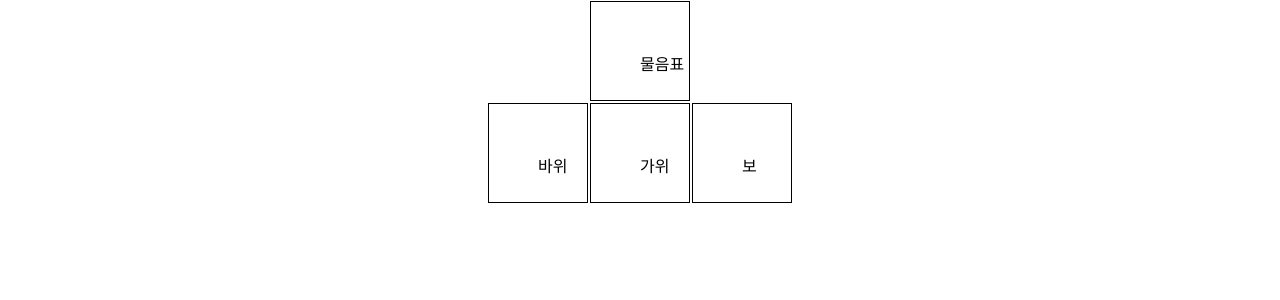
Repository: venandi48/RockScissorPaper-Game
Page: index.html
An editor plug-in stored every save of this project. The page is shown before and after the next save, followed by the edit.
The browser window is 1280 px wide. The pictures show the whole page.
The style sheet was rebuilt from its Sass, Less or Tailwind sources for each picture, by a compiler version that may differ from the author's.

Above is the page before, as saved 2023-11-13 15:54:58.

### index.html
<!DOCTYPE html>
<html lang="en">
  <head>
    <meta charset="UTF-8" />
    <meta name="viewport" content="width=device-width, initial-scale=1.0" />
    <title>가위바위보</title>
    <link rel="stylesheet" href="style.css" />
  </head>
  <body>
    <div class="playbox">
      <div class="machine">
        <div class="choice">
          <input type="hidden" name="machine-choice" />
        </div>
      </div>
      <div class="user">
        <div class="choice rock"></div>
        <div class="choice scissor"></div>
        <div class="choice paper"></div>
      </div>
      <div class="control">
        <input type="button" value="Replay" />
      </div>
    </div>

    <script src="./main.js"></script>
  </body>
</html>

### main.js
choices = {
  scissor: 0,
  rock: 1,
  paper: 2,
};

playboxes = document.querySelectorAll(".playbox");
userChocies = document.querySelectorAll(".user .choice");
controlBtns = document.querySelectorAll(".playbox .control");

playboxes.forEach((playbox) => {
  playbox
    .querySelector(".machine .choice")
    .querySelector("input[type=hidden]").value = Random(0, 2);
});

controlBtns.forEach((controlBtn) => {
  replayBtn = controlBtn.querySelector("input[type=button][value=Replay]");
  replayBtn?.addEventListener("click", (e) => {
    replay(controlBtn.parentElement.parentElement);
  });
});

window.addEventListener("load", function () {
  this.setInterval(() => {
    playboxes.forEach((playbox) => {
      let machineChoice = playbox.querySelector(".machine .choice");
      console.log(machineChoice);
      if (machineChoice.classList.contains("selected") === false) {
        //     if (element.classList.contains("rock")) {
        //       element.classList.remove("rock");
        //     }
        //     if (element.classList.contains("scissor")) {
        //       element.classList.remove("scissor");
        //     }
        //     if (element.classList.contains("paper")) {
        //       element.classList.remove("paper");
        //     }
        //     element.querySelector("input[type=hidden]").value =
        //       (element.querySelector("input[type=hidden]").value + 1) % 3;
        //     element.classList.add(
        //       convertChoicesFromNumToStr(
        //         +element.querySelector("input[type=hidden]").value
        //       )
        //     );
      }
    });
  }, 500);
});

userChocies.forEach((element) => {
  element.addEventListener("click", function (e) {
    const selectedElement = e.target;
    let choosed = null;

    if (selectedElement.parentElement.classList.contains("selected")) return;

    selectedElement.parentElement.classList.add("selected");

    // 제일 첫번째로 나온 값을 사용자의 선택으로 간주
    selectedElement.classList.forEach((className) => {
      if (className === "rock") {
        choosed = "rock";
        return;
      } else if (className === "scissor") {
        choosed = "scissor";
        return;
      } else if (className === "paper") {
        choosed = "paper";
        return;
      }
    });

    if (choosed) {
      let sameAreaMachine =
        element.parentElement.parentElement?.querySelector(".machine .choice");

      if (sameAreaMachine) {
        gameResultCssEventer(
          selectedElement,
          sameAreaMachine,
          refree(
            +sameAreaMachine.querySelector("input[type=hidden]").value,
            choices[choosed]
          )
        );
      }
    }
  });
});

/// _________________________________________________________________
//                          Play Tools
/// _________________________________________________________________

function Random(min, max) {
  return Math.floor(Math.random() * (max - min) + min);
}

function convertChoicesFromNumToStr(choice) {
  switch (choice) {
    case choices.rock:
      return "rock";
    case choices.scissor:
      return "scissor";
    case choices.paper:
      return "paper";

    default:
      return "";
  }
}

function replay(playbox) {
  let machine = playbox.querySelector(".machine .choice");

  if (machine.classList.contains("selected"))
    machine.classList.remove("selected");
  resetResultChoiceBoxOfCss(machine);

  let userChoices = playbox.querySelector(".user");

  if (userChoices.classList.contains("selected"))
    userChoices.classList.remove("selected");

  userChoices.querySelectorAll(".choice").forEach((choiceElement) => {
    resetResultChoiceBoxOfCss(choiceElement);
  });
}

/*
 * @machine: 컴퓨터가 선택한 숫자값
 * @user: 사용자가 선택한 숫자값
 * @return: 0=>비김, 1=> 이김, 2=>짐
 */
function refree(machine, user) {
  return Math.abs(machine - user);
}

function resetResultChoiceBoxOfCss(element) {
  if (element.classList.contains("game-result-win"))
    element.classList.remove("game-result-win");
  if (element.classList.contains("game-result-draw"))
    element.classList.remove("game-result-draw");
  if (element.classList.contains("game-result-lose"))
    element.classList.remove("game-result-lose");

  return element;
}

function gameResultCssEventer(userElement, machineElement, result) {
  userElement.parentElement.querySelectorAll(".choice").forEach((node) => {
    resetResultChoiceBoxOfCss(node);
  });
  resetResultChoiceBoxOfCss(userElement);
  resetResultChoiceBoxOfCss(machineElement);
  machineElement.classList.add("selected");

  switch (result) {
    case 0:
      userElement.classList.add("game-result-draw");
      machineElement.classList.add("game-result-draw");
      break;
    case 1:
      userElement.classList.add("game-result-win");
      machineElement.classList.add("game-result-lose");
      break;
    case 2:
      userElement.classList.add("game-result-lose");
      machineElement.classList.add("game-result-win");
      break;
  }
}

### style.scss
* {
  position: relative;
  padding: 0;
  margin: 0;
  display: flexbox;
}

*,
::before,
::after {
  box-sizing: border-box;
}

.playbox {
  display: flex;
  flex-direction: column;
  justify-content: center;
  align-items: center;
}

.choice {
  width: 100px;
  height: 100px;
  border: 1px solid #000;
  margin: 1px;

  &::before {
    position: absolute;
    top: 50%;
    left: 50%;
    content: "물음표";
    animation: gelatine 0.5s infinite;
  }

  &.rock::before {
    content: "바위";
    animation-delay: 0.5s;
  }

  &.scissor::before {
    content: "가위";
    animation-delay: 1s;
  }

  &.paper::before {
    content: "보";
    // animation: bounce2 2s ease infinite;
  }
}

.game-result {
  &-win {
    background-color: green;
  }
  &-draw {
    background-color: blue;
  }
  &-lose {
    background-color: red;
  }
}

.user {
  display: flex;

  &.selected .choice {
    cursor: default;

    animation: noAnimate 0.5s infinite;
    transition: none !important;
  }

  & .choice {
    cursor: pointer;

    &:hover {
      background-color: aqua;
    }
  }
}

.control {
  display: flex;

  & input[type="button"] {
    width: 100px;
    height: 25px;
    margin: 5px;

    &[value="Replay"] {
      display: none;
    }
  }
}
.user.selected ~ .control input[type="button"][value="Replay"] {
  display: initial;
}

/*
* ============================= animate resources =============================
*/
@keyframes gelatine {
  from,
  to {
    transform: scale(1, 1);
  }
  25% {
    transform: scale(0.9, 1.1);
  }
  50% {
    transform: scale(1.1, 0.9);
  }
  75% {
    transform: scale(0.95, 1.05);
  }
}

After the next save:
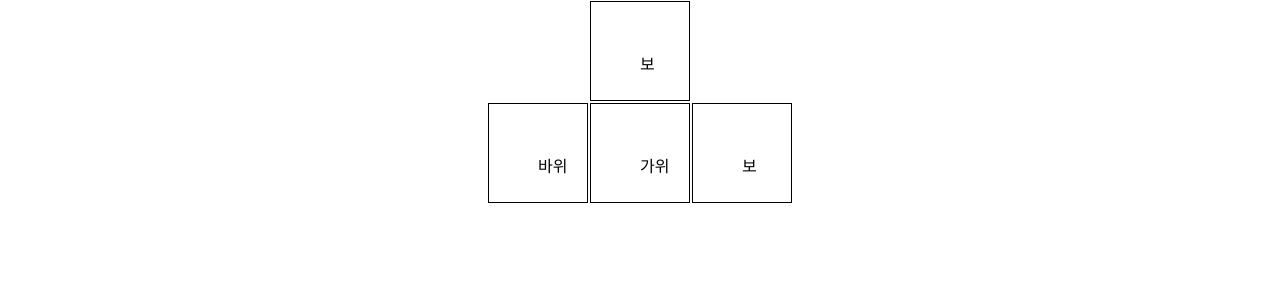
Saved 88 s later.
--- a/main.js
+++ b/main.js
@@ -25,24 +25,24 @@ window.addEventListener("load", function () {
   this.setInterval(() => {
     playboxes.forEach((playbox) => {
       let machineChoice = playbox.querySelector(".machine .choice");
-      console.log(machineChoice);
+
       if (machineChoice.classList.contains("selected") === false) {
-        //     if (element.classList.contains("rock")) {
-        //       element.classList.remove("rock");
-        //     }
-        //     if (element.classList.contains("scissor")) {
-        //       element.classList.remove("scissor");
-        //     }
-        //     if (element.classList.contains("paper")) {
-        //       element.classList.remove("paper");
-        //     }
-        //     element.querySelector("input[type=hidden]").value =
-        //       (element.querySelector("input[type=hidden]").value + 1) % 3;
-        //     element.classList.add(
-        //       convertChoicesFromNumToStr(
-        //         +element.querySelector("input[type=hidden]").value
-        //       )
-        //     );
+        if (machineChoice.classList.contains("rock")) {
+          machineChoice.classList.remove("rock");
+        }
+        if (machineChoice.classList.contains("scissor")) {
+          machineChoice.classList.remove("scissor");
+        }
+        if (machineChoice.classList.contains("paper")) {
+          machineChoice.classList.remove("paper");
+        }
+        machineChoice.querySelector("input[type=hidden]").value =
+          (machineChoice.querySelector("input[type=hidden]").value + 1) % 3;
+        machineChoice.classList.add(
+          convertChoicesFromNumToStr(
+            +machineChoice.querySelector("input[type=hidden]").value
+          )
+        );
       }
     });
   }, 500);
